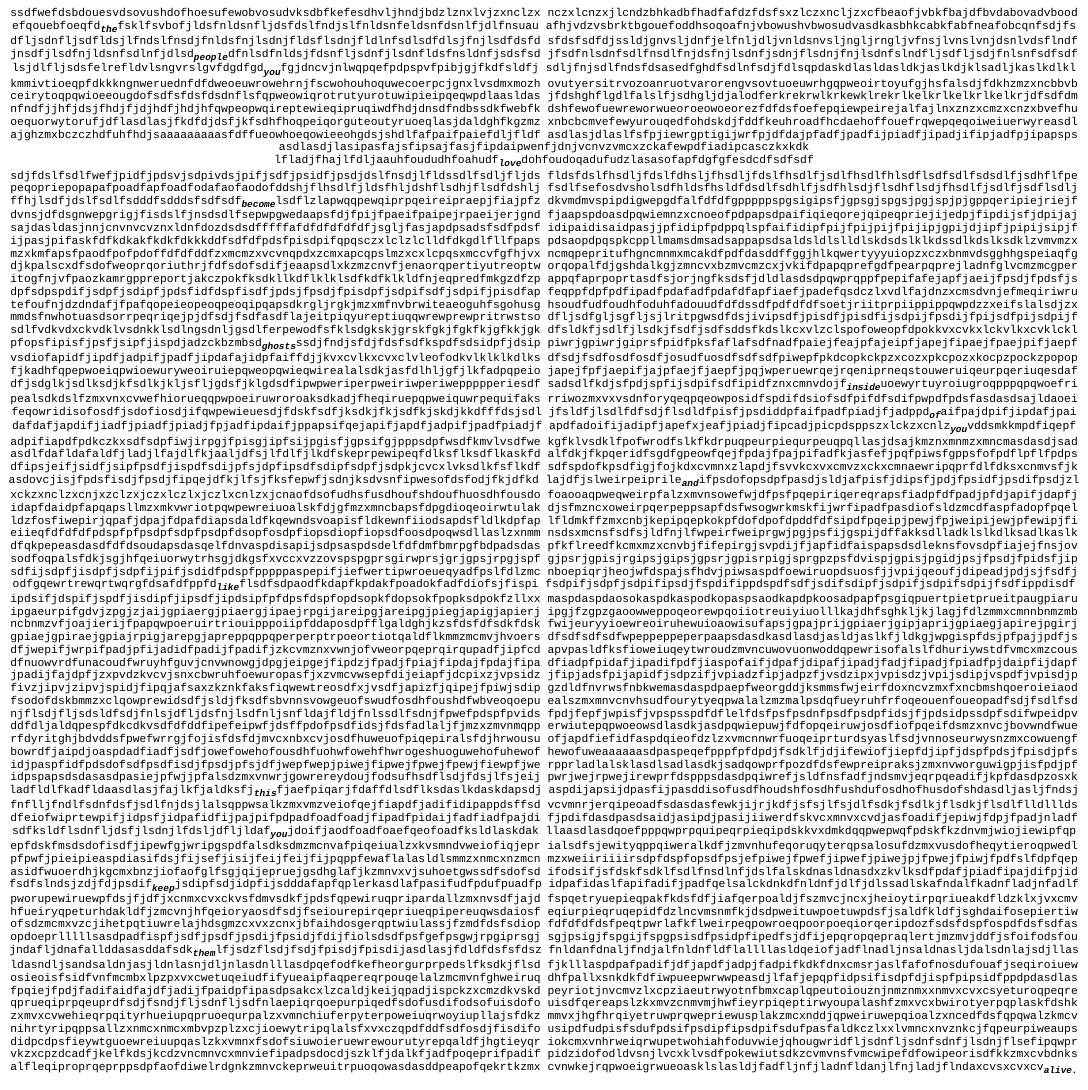
Repository: zhanj122/zhanj122.github.io
Page: composition/index2.html
The author's editor kept a record of every edit. The page is drawn from the files as they stood at one moment, then again after the next edit.
The browser window is 1280 px wide. The pictures show the whole page, at 85% of full size.

Above is the page before.

After the next edit:
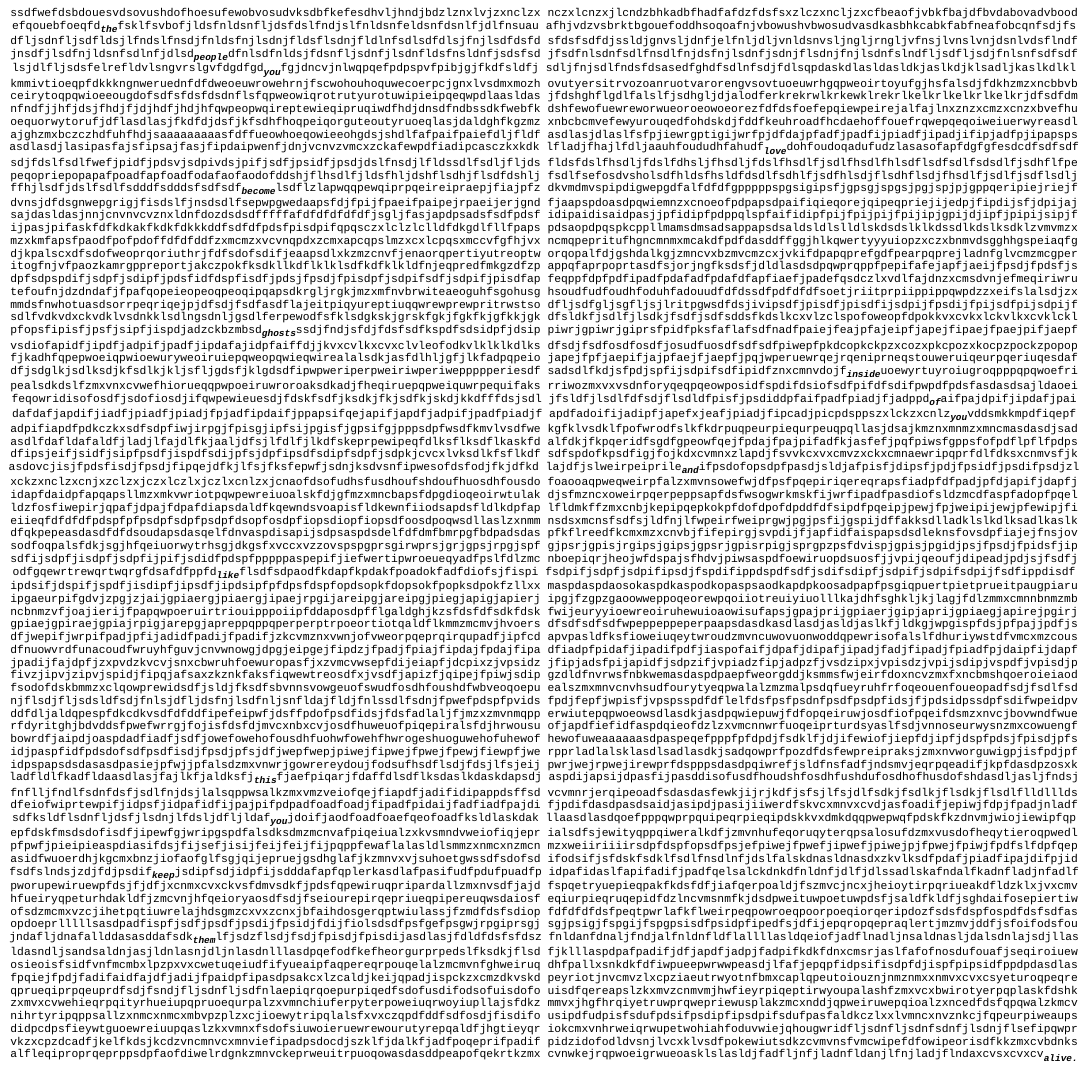
The edit:
--- a/composition/index2.html
+++ b/composition/index2.html
@@ -26,7 +26,7 @@
   ajghzmxbczczhdfuhfhdjsaaaaaaaaasfdffueowhoeqowieeohgdsjshdlfafpaifpaiefdljfldf
   asdlasjdlaslfsfpjiewrgptigijwrfpjdfdajpfadfjpadfijpiadfjipadjifipjadfpjipapsps
   asdlasdjlasipasfajsfipsajfasjfipdaipwenfjdnjvcnvzvmcxzckafewpdfiadipcasczkxkdk
-  lfladjfhajlfdljaauhfoududhfoahudf<sub><strong><em>love</em></strong></sub>dohfoudoqadufudzlasasofapfdgfgfesdcdfsdfsdf
+  lfladjfhajlfdljaauhfoududhfahudf<sub><strong><em>love</em></strong></sub>dohfoudoqadufudzlasasofapfdgfgfesdcdfsdfsdf
   sdjfdslfsdlfwefjpidfjpdsvjsdpivdsjpifjsdfjpsidfjpsdjdslfnsdjlfldssdlfsdljfljds
   fldsfdslfhsdljfdslfdhsljfhsdljfdslfhsdlfjsdlfhsdlfhlsdflsdfsdlfsdsdlfjsdhflfpe
   peqopriepopapafpoadfapfoadfodafaofaodofddshjflhsdlfjldsfhljdshflsdhjflsdfdshlj
